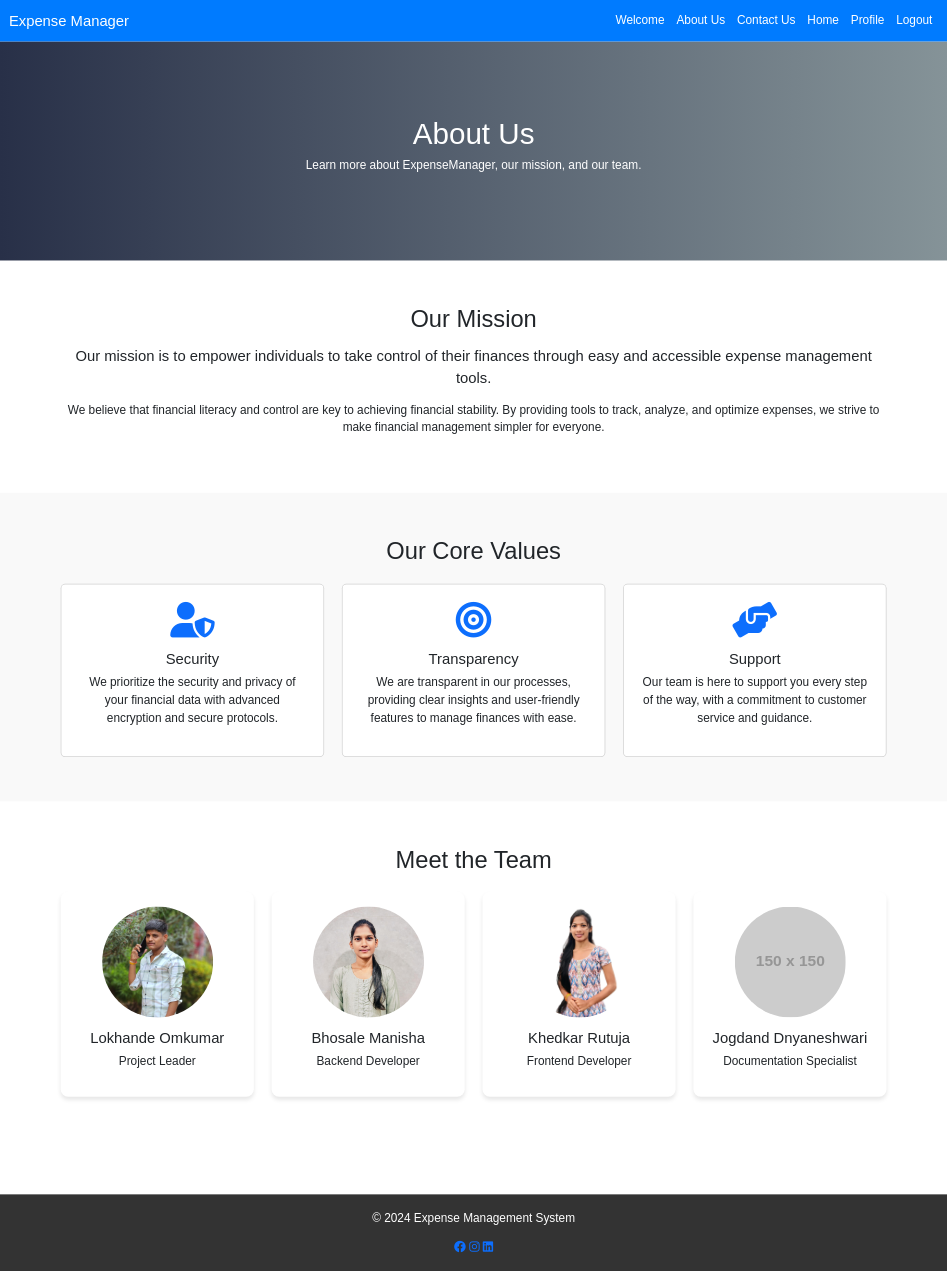
Repository: omlokhande1212/Expense-management
Page: expense/Demo/src/main/webapp/aboutus.html
An editor plug-in stored every save of this project. The page is shown before and after the next save, followed by the edit.
The browser window is 1280 px wide. The pictures show the whole page, at 74% of full size.

Above is the page before, as saved 2024-11-28 19:02:39.

After the next save:
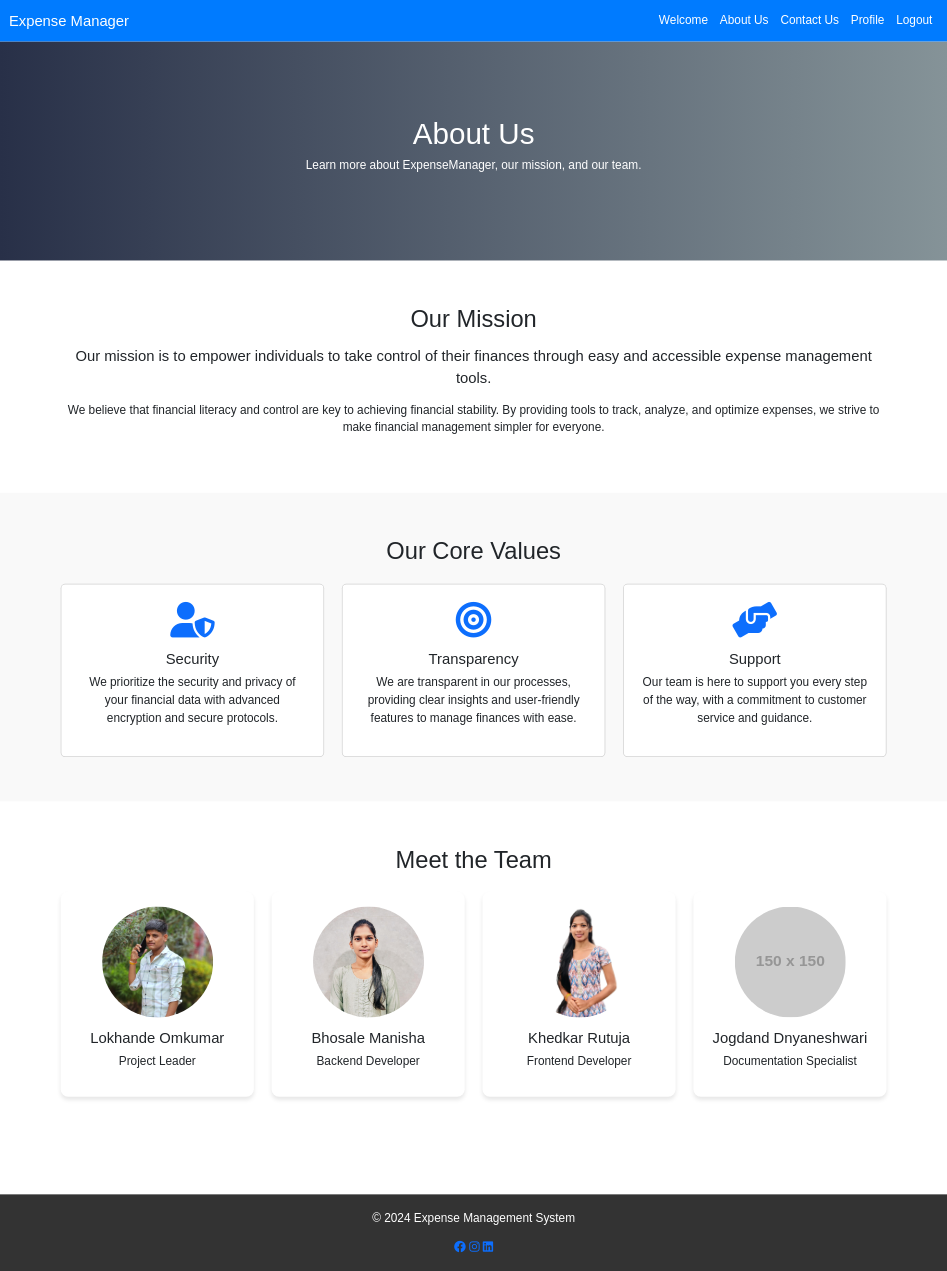
Saved 10 h 10 min later.
--- a/expense/Demo/src/main/webapp/aboutus.html
+++ b/expense/Demo/src/main/webapp/aboutus.html
@@ -73,7 +73,7 @@
           <li class="nav-item"><a class="nav-link" href="#">Welcome</a></li>
           <li class="nav-item"><a class="nav-link" href="aboutus.html">About Us</a></li>
           <li class="nav-item"><a class="nav-link" href="contactus.html">Contact Us</a></li>
-          <li class="nav-item"><a class="nav-link" href="userdashboard.html">Home</a></li>
+
           <li class="nav-item"><a class="nav-link" href="profile.jsp">Profile</a></li>
           <li class="nav-item"><a class="nav-link" href="logout.html">Logout</a></li>
         </ul>
